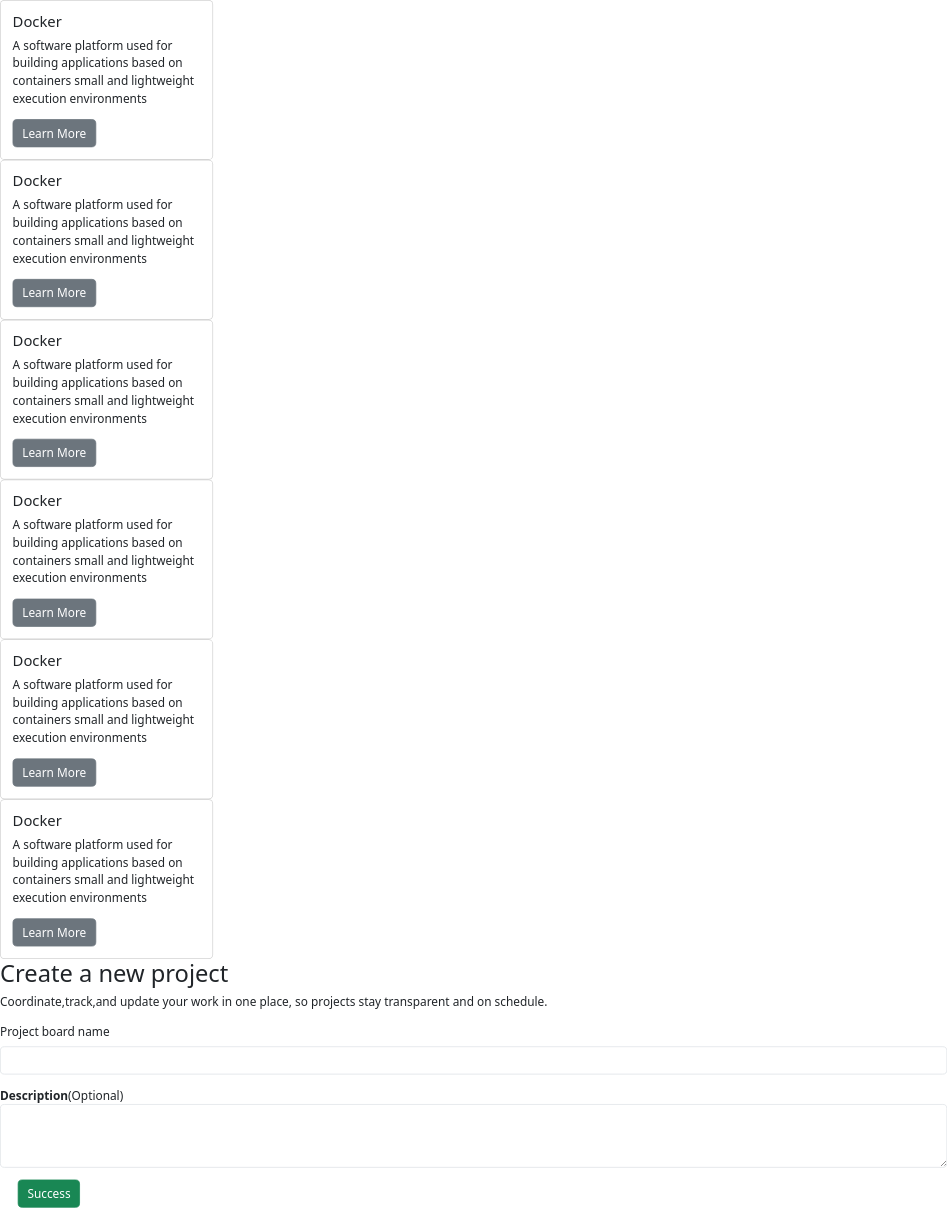
Repository: NSS-Evening-25-Cohort/e25-gitsub-control-alt-defeat
Page: index.html
An editor plug-in stored every save of this project. The page is shown before and after the next save, followed by the edit.
The browser window is 1280 px wide. The pictures show the whole page, at 74% of full size.

Above is the page before, as saved 2023-11-07 19:18:10.

### index.html
<!DOCTYPE html>
<html lang="en">
  <head>
    <meta charset="UTF-8" />
    <meta name="viewport" content="width=device-width, initial-scale=1.0" />
    <link
      rel="stylesheet"
      href="https://cdn.jsdelivr.net/npm/bootstrap@5.3.2/dist/css/bootstrap.min.css"
    />
    <link rel="stylesheet" href="main.css" />
    <title>Document</title>
  </head>
  <body>
    <div id="app2"></div>
    <div id="app1"></div>
    <script src="	https://cdn.jsdelivr.net/npm/bootstrap@5.3.2/dist/js/bootstrap.bundle.min.js"></script>
    <div class="packageHeader"><h2>Create a new project</h2>
      <p>Coordinate,track,and update your work in one place, so projects stay transparent and on schedule.</p>
    </div>

    <form>
        <div class="mb-3">
        <label for="exampleInputEmail1" class="form-label" id="boardName">Project board name</label>
        <input type="text" class="form-control" class="packageForm" id="projectBoardName" aria-describedby="emailHelp">
      </div>
      <div class="form-group mb-3">
        <label for="exampleFormControlTextarea1" id="descriptionName" class="packageForm"><B>Description</B>(Optional)</label>
        <textarea class="form-control" id="projectDescription" rows="3"></textarea>
      </div>
      </div>
      <div class="mb-3 form-check">
        <button type="submit" class="btn btn-success">Success</button>
    </form>

    <script src="main.js"></script>

  </body>
</html>

### main.css
/* body {
  background-color: black;
  display: flex;
  flex-direction: column;
}

.headerPlacement {
  display: flex;
  justify-content: end;
}

header {
  margin: 3%;
  height: 3rem;
  width: 65%;
  justify-content: left;
  display: flex;
  gap: 5%;
  background-color: blue;
}

#sidebar {
  background-color: blueviolet;
  float: left;
  margin-right: 8%;
  width: 175px;
}

.appContainer {
  display: flex;
  justify-content: center;
  margin: 3%;
}

#app1 {
  background-color: aqua;
  height: 250px;
  width: 400px;
}

#app2 {
  margin-top: 5%;
  background-color: blue;
  height: 250px;
}

.footer {
  background-color: aquamarine;
  display: flex;
  justify-content: center;
  gap: 10%;
}   */

.footer img {
  width: 10px;
  height: 10px;
  border-radius: 10px;
  margin-right: 10px;
}

### main.js
const packageCards =[
  {
    id: 1,
    name: "Docker",
    info: "A software platform used for building applications based on containers small and lightweight execution environments",
  },
  {
    id: 2,
    name: "Docker",
    info: "A software platform used for building applications based on containers small and lightweight execution environments"
  },
  {
    id: 3,
    name: "Docker",
    info: "A software platform used for building applications based on containers small and lightweight execution environments"
  },
  {
    id: 4,
    img: "image",
    name: "Docker",
    info: "A software platform used for building applications based on containers small and lightweight execution environments"
  },
  {
    id: 5,
    imageURL: "https://www.google.com/url?sa=i&url=https%3A%2F%2Fwww.creativebloq.com%2Fnews%2Ftwitter-logo-history&psig=AOvVaw3y8LYKl_CxiwL2W_oTsGUa&ust=1699413723681000&source=images&cd=vfe&ved=0CBEQjRxqFwoTCKD7mcz3sIIDFQAAAAAdAAAAABAE",
    name: "Docker",
    info: "A software platform used for building applications based on containers small and lightweight execution environments"
  },
  {
    id: 6,
    name: "Docker",
    info: "A software platform used for building applications based on containers small and lightweight execution environments"
  },
];

const app1 = document.querySelector("#app1");
const app2 = document.querySelector("#app2");

const renderToDom = (packageCards) =>{

  let domString = "";

  for(let card of packageCards){
    domString += `<div class="card" style="width: 18rem;">
    <div class="card-body">
      <h5>${card.name}</h5>
      <p class="card-text">${card.info}</p>
      <button type="button" class="btn btn-secondary">Learn More</button>
    </div>
  </div>`
  }
  const app1 = document.querySelector("#app1")
  app1.innerHTML = domString
}
renderToDom(packageCards)


const form = document.querySelector("form");

const createPackage = (event) =>{
  event.preventDefault();

  const newPackage = {
    id: packageCards.length +1,
    name: document.querySelector("#projectBoardName").value,
    info: document.querySelector("#projectDescription").value,
  }
  packageCards.push(newPackage);
  renderToDom(packageCards);
  form.reset();
}
form.addEventListener("submit", createPackage)

After the next save:
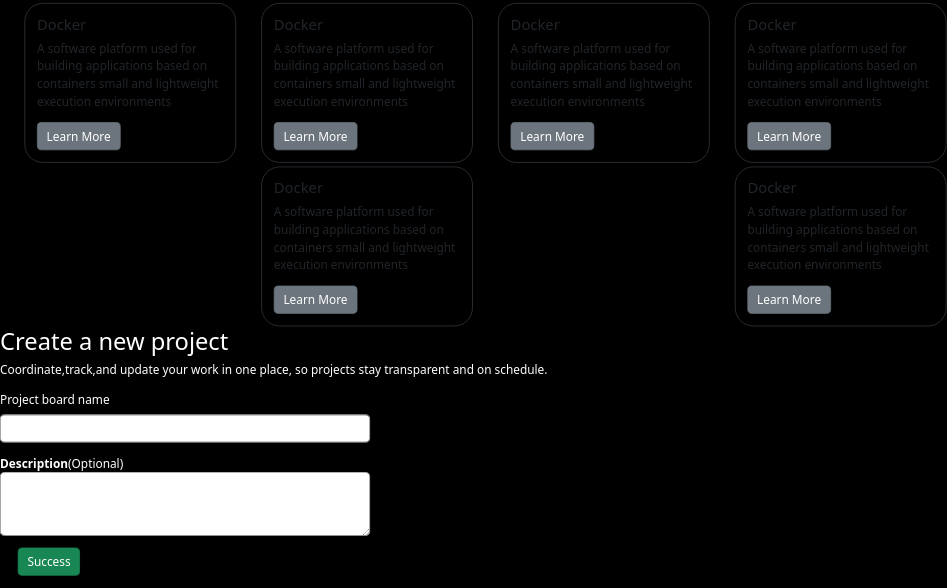
Saved 9 s later.
--- a/main.css
+++ b/main.css
@@ -1,59 +1,31 @@
-/* body {
+body {
   background-color: black;
-  display: flex;
-  flex-direction: column;
 }
 
-.headerPlacement {
+#app1{
+  flex-wrap: wrap;
   display: flex;
-  justify-content: end;
 }
 
-header {
-  margin: 3%;
-  height: 3rem;
-  width: 65%;
-  justify-content: left;
-  display: flex;
-  gap: 5%;
-  background-color: blue;
+.mb-3{
+  width:500px;
+  color: white;
 }
 
-#sidebar {
-  background-color: blueviolet;
-  float: left;
-  margin-right: 8%;
-  width: 175px;
+.packageHeader{
+  color:white;
 }
 
-.appContainer {
-  display: flex;
-  justify-content: center;
-  margin: 3%;
+.card-body{
+  border: solid rgb(58, 58, 65) 1px;
+  border-radius: 25px;
+  background-color:black;
 }
 
-#app1 {
-  background-color: aqua;
-  height: 250px;
-  width: 400px;
+.card{
+  background-color:black;
+  margin-left: auto;
+  margin-bottom: auto;
+  margin-top: auto;
+  padding-top: 3px;
 }
-
-#app2 {
-  margin-top: 5%;
-  background-color: blue;
-  height: 250px;
-}
-
-.footer {
-  background-color: aquamarine;
-  display: flex;
-  justify-content: center;
-  gap: 10%;
-}   */
-
-.footer img {
-  width: 10px;
-  height: 10px;
-  border-radius: 10px;
-  margin-right: 10px;
-}
